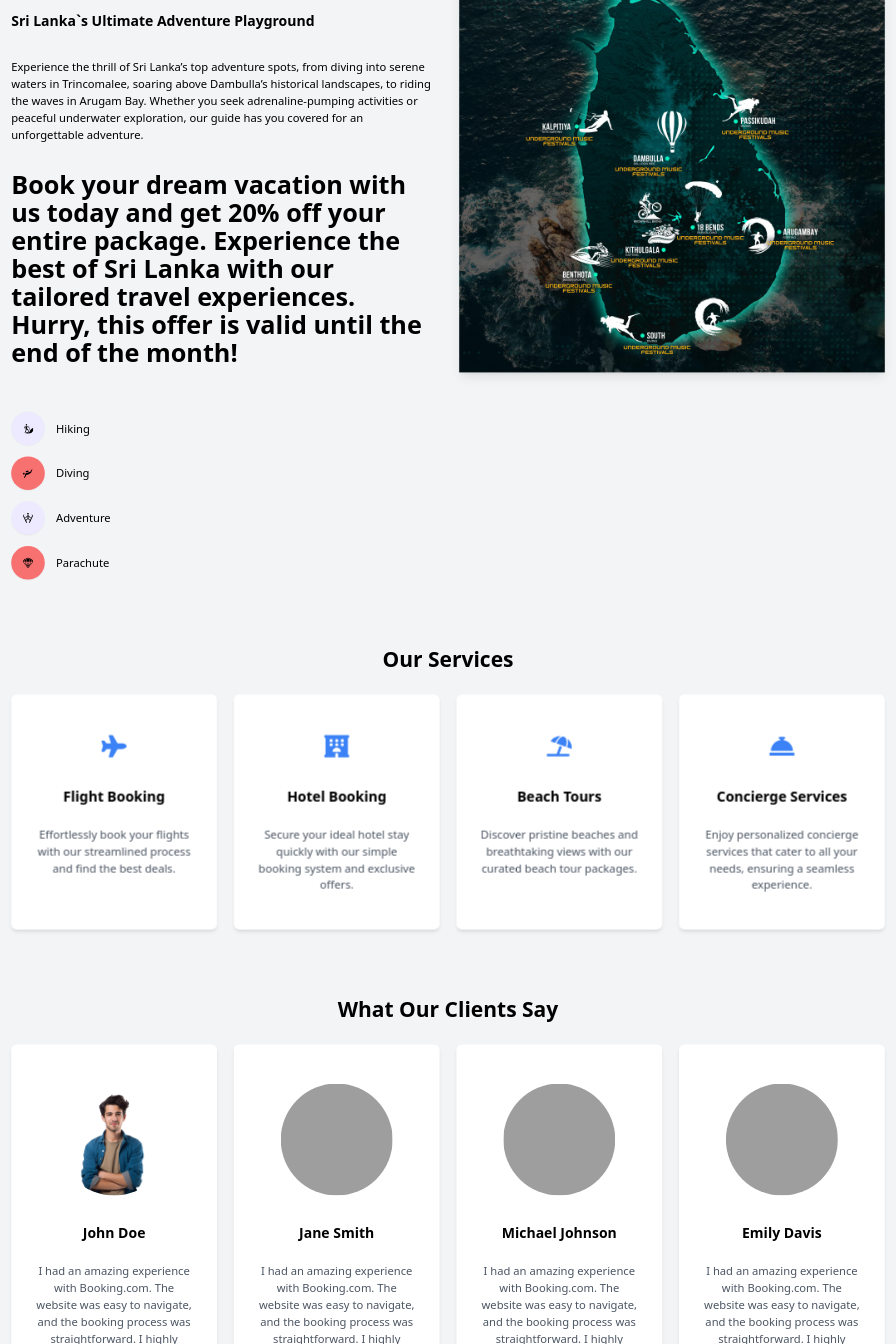
Repository: thisara199/Travel-Agency-Website
Page: /
An editor plug-in stored every save of this project. The page is shown before and after the next save, followed by the edit.
The browser window is 1280 px wide. The pictures show the part of the page from y = 1440 to 3360 px (the page is 3809 px tall before and 3689 px after), at 70% of full size.
Pictures or frames that could not be fetched are drawn as grey boxes. The project was rebuilt for these pictures with package versions that can differ from the ones it lists, and the page was loaded fresh each time. Also part of the build but not shown: vite.config.js, src/pages/About.jsx.

Above is the page before, as saved 2024-09-04 08:12:00.

### index.html
<!doctype html>
<html lang="en">
  <head>
    <meta charset="UTF-8" />
    <link rel="icon" type="image/svg+xml" href="/public/favicon-32x32.png" />
    <meta name="viewport" content="width=device-width, initial-scale=1.0" />
    <title>Travel Agency</title>
  </head>
  <body>
    <div id="root"></div>
    <script type="module" src="/src/main.jsx"></script>
  </body>
</html>

### src/App.jsx
import { BrowserRouter, Routes, Route } from 'react-router-dom'
import Home from './pages/Home'
import Navbar from './components/Navbar/Navbar'
import Footer from './components/Footer/Footer'
import About from './pages/About'

const App = () => {
  return (
    <BrowserRouter>
    <Navbar />
       <Routes>
        <Route path='/' element={<Home />} />
        <Route path='/about' element={<About />} />
       </Routes>
    <Footer />
    </BrowserRouter>
  )
}

export default App

### src/pages/Home.jsx
import HeroSection from "../components/HeroSection/HeroSection"
import FeaturedDestination from "../components/FeaturedDestination/FeaturedDestination"
import Services from "../components/Services/Services"
import Testimonials from "../components/Testimonials/Testimonials"
import Banner from "../components/Banner/Banner"

const Home = () => {
  return (
    <div>
      <HeroSection />
      <FeaturedDestination />
      <Banner />
      <Services />
      <Testimonials />
    </div>
  )
}

export default Home

### src/components/Navbar/Navbar.jsx
import { FaBars, FaTimes } from "react-icons/fa"
import { Link } from "react-router-dom"
import { useState } from "react"
import { BiSolidPlaneAlt } from "react-icons/bi";


const Navbar = () => {
  const [isOpen, setIsOpen] = useState(false)
  return (
    <nav className="fixed top-0 left-0 right-0 z-10 m-4 bg-white shadow-lg">
      <div className="container flex items-center justify-between h-16 px-4">
        <div className="flex items-center">
        <BiSolidPlaneAlt className="text-3xl"/>
        <h3 className="text-2xl font-bold">TravelCeylon.</h3>
        </div>
        <div className="items-center hidden space-x-4 text-sm font-bold md:flex ">
          <Link to="/" className="px-6 py-2 hover:bg-gray-600 hover:text-white">Home</Link>
          <Link to="/about" className="px-6 py-2 hover:bg-gray-600 hover:text-white">About</Link>
          <Link to="/gallery" className="px-6 py-2 hover:bg-gray-600 hover:text-white">Gallery</Link>
          <Link to="/contact" className="px-6 py-2 hover:bg-gray-600 hover:text-white">Contact</Link>
          <button className="px-6 py-2 text-white bg-gray-600 border rounded-full hover:scale-105 hover:bg-gray-500">Login</button>
        </div>
        <div className="md:hidden">
          <button onClick={() => setIsOpen(!isOpen)}>
            {isOpen ? <FaTimes /> : <FaBars />}
          </button>
        </div>
      </div>
      <div>
        {isOpen && (
           <div className="flex flex-col items-center pb-10 space-y-6 font-bold bg-white md:hidden">
           <Link to="/" className="px-6 py-2 hover:bg-gray-600 hover:text-white">Home</Link>
           <Link to="/about" className="px-6 py-2 hover:bg-gray-600 hover:text-white">About</Link>
           <Link to="/gallery" className="px-6 py-2 hover:bg-gray-600 hover:text-white">Gallery</Link>
           <Link to="/about" className="px-6 py-2 hover:bg-gray-600 hover:text-white">About</Link>
           <button className="px-6 py-2 text-white bg-gray-600 border rounded-full hover:scale-105 hover:bg-gray-500">Login</button>
         </div>
        )}
      </div>
    </nav>
  )
}

export default Navbar

### src/components/Footer/Footer.jsx
import { FaFacebook, FaInstagram, FaYoutube } from "react-icons/fa";
import { FaTwitter } from "react-icons/fa6";
import { Link } from "react-router-dom";

const Footer = () => {
  return (
    <div className="py-8 text-white bg-gray-800">
      <div className="container px-4 mx-auto">
        <div className="grid gap-8 sm:grid-cols-1 lg:grid-cols-3">
          <div>
            <h2 className="mb-4 text-2xl font-bold">Travel Agency</h2>
            <p className="mb-4">
              Your trusted partner for unforgettable travel experiences. Explore
              Ceylon with us.
            </p>
          </div>
          <div className="flex flex-col md:items-center">
            <h4 className="text-lg font-semibold">Quick Links</h4>
            <div className="flex flex-col mt-4 space-y-2">
              <Link to="/">Home</Link>
              <Link to="/about">About</Link>
              <Link to="/gallery">Gallery</Link>
              <Link to="/contact">Contact</Link> {/* Updated link */}
            </div>
          </div>
          <div>
            <h2 className="mb-4 text-xl font-bold">Follow Us</h2>
            <div className="flex mb-4 space-x-4">
              <FaFacebook className="text-white hover:text-gray-400" aria-label="Facebook" />
              <FaInstagram className="text-white hover:text-gray-400" aria-label="Instagram" />
              <FaTwitter className="text-white hover:text-gray-400" aria-label="Twitter" />
              <FaYoutube className="text-white hover:text-gray-400" aria-label="YouTube" />
            </div>
            <form action="" className="flex items-center mt-8">
              <input
                type="email"
                placeholder="Enter your Email"
                className="w-full p-2 bg-gray-800 border border-gray-600 rounded-l-lg"
              />
              <button
                type="submit"
                className="px-4 py-2 text-white bg-blue-600 rounded-r-lg hover:bg-blue-700"
              >
                Subscribe
              </button>
            </form>
          </div>
        </div>
        <div className="flex justify-between pt-4 mt-8 border-t border-gray-700">
          <p>Copyright &copy; 2024 Travel Agency. All rights reserved.</p>
          <div className="flex space-x-4">
            <Link to="/privacy" className="hover:text-gray-400">Privacy Policy</Link>
            <Link to="/terms" className="hover:text-gray-400">Terms and Conditions</Link>
          </div>
        </div>
      </div>
    </div>
  );
};

export default Footer;

### src/components/HeroSection/HeroSection.jsx
import Banner from "../../assets/HeroSection/Banner.png";
import AOS from 'aos';
import 'aos/dist/aos.css';
import { useEffect } from 'react';

const HeroSection = () => {
  useEffect(() => {
    AOS.init({
      duration: 1000, // duration of animations
    });
  }, []);


  return (
    <div className="relative h-screen bg-center bg-cover" style={{ backgroundImage: `url(${Banner})` }}>
      <div className="absolute inset-0 flex flex-col items-center justify-center bg-black bg-opacity-50">
        <h1 data-aos="fade-up" className="justify-between mb-4 text-4xl font-bold text-center text-white md:text-6xl lg:text-8xl">Explore the Ceylon with Us</h1>
        <p data-aos="fade-up" className="mb-10 text-lg text-white md:text-2xl xl:text-4xl">Discover amazing places at exclusive deals</p>
        <button  className="px-6 py-2 text-lg text-white transition duration-300 transform border rounded-full md:text-xl hover:bg-blue-500 hover:scale-105">Get Started</button>
      </div>
    </div>
  );
}

export default HeroSection;

### src/components/FeaturedDestination/FeaturedDestination.jsx
import Img1 from '../../assets/FeaturedDestination/Anuradhapura.jpg';
import Img2 from '../../assets/FeaturedDestination/Colombo.jpg';
import Img3 from '../../assets/FeaturedDestination/arugambay.jpg';
import Img4 from '../../assets/FeaturedDestination/Nuwaraeliya.jpeg';

const Destination = [
  {
    image: Img1,
    title: 'Anuradhapura',
    description: 'Ancient Wonders Await.',
    aosDelay: '200',
  },
  {
    image: Img2,
    title: 'Colombo',
    description: 'The Heartbeat of Sri Lanka.',
    aosDelay: '400',
  },
  {
    image: Img3,
    title: 'Arugam bay',
    description: 'Where Surf Meets Bliss.',
    aosDelay: '600',
  },
  {
    image: Img4,
    title: 'Nuwaraeliya',
    description: 'Nature’s Retreat.',
    aosDelay: '800',
  },
];

const FeaturedDestination = () => {
  return (
    <div className='py-12 bg-gray-100'>
      <div className='container px-4 mx-auto'>
        <h2 data-aos="fade-up" className='mb-8 text-3xl font-bold text-center'>Featured Destination</h2>
        <div className='grid gap-8 sm:grid-cols-2 lg:grid-cols-3 xl:grid-cols-4'>
          {Destination.map((destination) => (
            <div
              key={destination.title}
              data-aos="fade-up"
              data-aos-delay={destination.aosDelay}
              className='overflow-hidden bg-white rounded-lg shadow-md cursor-pointer'
            >
              <img
                src={destination.image}
                alt={destination.title}
                className='object-cover w-full h-48 transition duration-300 transform hover:scale-110'
              />
              <div className='p-4'>
                <h3 className='mb-2 text-xl font-bold'>{destination.title}</h3>
                <p className='text-gray-600'>{destination.description}</p>
              </div>
            </div>
          ))}
        </div>
      </div>
    </div>
  );
};

export default FeaturedDestination;

### src/components/Services/Services.jsx
import { FaConciergeBell, FaHotel, FaPlane, FaUmbrellaBeach } from 'react-icons/fa';

const services = [
  {
    icon: <FaPlane className='text-4xl text-blue-500' />,
    title: 'Flight Booking',
    description: 'Effortlessly book your flights with our streamlined process and find the best deals.',
  },
  {
    icon: <FaHotel className='text-4xl text-blue-500' />,
    title: 'Hotel Booking',
    description: 'Secure your ideal hotel stay quickly with our simple booking system and exclusive offers.',
  },
  {
    icon: <FaUmbrellaBeach className='text-4xl text-blue-500' />,
    title: 'Beach Tours',
    description: 'Discover pristine beaches and breathtaking views with our curated beach tour packages.',
  },
  {
    icon: <FaConciergeBell className='text-4xl text-blue-500' />,
    title: 'Concierge Services',
    description: 'Enjoy personalized concierge services that cater to all your needs, ensuring a seamless experience.',
  },
];

const Services = () => {
  return (
    <div className='py-12 bg-gray-100'>
      <div className='container px-4 mx-auto'>
        <h2 className='mb-8 text-3xl font-bold text-center'>Our Services</h2>
        <div data-aos="flip-left" className='grid gap-6 sm:grid-cols-2 lg:grid-cols-3 xl:grid-cols-4 '>
          {services.map((service) => (
            <div  key={service.title} className='flex flex-col items-center p-8 transition duration-300 transform bg-white rounded-lg shadow-md cursor-pointer hover:scale-110'>
              <div className='flex justify-center py-6 mb-4'>
                {service.icon}
              </div>
              <h3 className='mb-2 text-xl font-bold text-center'>{service.title}</h3>
              <p className='py-5 text-center text-gray-600'>{service.description}</p>
            </div>
          ))}
        </div>
      </div>
    </div>
  );
};

export default Services;

### src/components/Testimonials/Testimonials.jsx
import Img1 from '../../assets/Testimonials/Image1.png';
import Img2 from '../../assets/Testimonials/Image3.png';
import Img3 from '../../assets/Testimonials/Image4.png';
import Img4 from '../../assets/Testimonials/Image6.png';

const Clients = [
  {
    name: 'John Doe',
    image: Img1,
    text: 'I had an amazing experience with Booking.com. The website was easy to navigate, and the booking process was straightforward. I highly recommend it!',
    location: 'New York, USA',
    aosDelay: '400',
  },
  {
    name: 'Jane Smith',
    image: Img2,
    text: 'I had an amazing experience with Booking.com. The website was easy to navigate, and the booking process was straightforward. I highly recommend it!',
    location: 'London, UK',
    aosDelay: '600',
  },
  {
    name: 'Michael Johnson',
    image: Img3,
    text: 'I had an amazing experience with Booking.com. The website was easy to navigate, and the booking process was straightforward. I highly recommend it!',
    location: 'Sydney, Australia',
    aosDelay: '800',
  },
  {
    name: 'Emily Davis',
    image: Img4,
    text: 'I had an amazing experience with Booking.com. The website was easy to navigate, and the booking process was straightforward. I highly recommend it!',
    location: 'Paris, France',
    aosDelay: '1000',
  },
];

const Testimonials = () => {
  return (
    <div className='py-12 bg-gray-100'>
      <div className='container px-4 mx-auto'>
        <h2 data-aos="fade-up" className='mb-8 text-3xl font-bold text-center'>What Our Clients Say</h2>
        <div className='grid gap-6 sm:grid-cols-1 md:grid-cols-2 lg:grid-cols-4'>
          {Clients.map((client) => (
            <div
              key={client.name}
              data-aos="fade-left"
              data-aos-delay={client.aosDelay}
              className='flex flex-col items-center p-8 transition duration-300 transform bg-white rounded-lg shadow-md cursor-pointer hover:scale-110'
            >
              <div className='flex justify-center py-6 mb-4'>
                <img src={client.image} alt={client.name} className='w-40 h-40 rounded-full' />
              </div>
              <h3 className='mb-2 text-xl font-bold text-center'>{client.name}</h3>
              <p className='py-5 text-center text-gray-600'>{client.text}</p>
              <p className='text-sm text-gray-400'>{client.location}</p>
            </div>
          ))}
        </div>
      </div>
    </div>
  );
};

export default Testimonials;

### src/components/Banner/Banner.jsx
import Banner from '../../assets/Banner/Banner.jpg';
import { GiHiking } from "react-icons/gi";
import { MdOutlineScubaDiving } from "react-icons/md";
import { TbSkiJumping } from "react-icons/tb";
import { GiParachute } from "react-icons/gi";
const Banner1 = () => {
  return (
    <div className="py-12 bg-gray-100">
      <div className="container px-4 mx-auto">
        <h2 data-aos="fade-up" className='mb-8 text-3xl font-bold text-center'>Favorite Location</h2>
        <div className="grid gap-8 sm:grid-cols-1 md:grid-cols-2">
          <div className='mt-0 lg:mt-24'>
           <h1 data-aos="fade-up" className='text-3xl font-bold '>Find your favorite location</h1>
           <h2 data-aos="fade-up" className='mt-0 text-xl font-semibold lg:mt-10'>Sri Lanka`s Ultimate Adventure Playground</h2>
           <p data-aos="fade-up" className='mt-0 lg:mt-10'>Experience the thrill of Sri Lanka’s top adventure spots, from diving into serene waters in Trincomalee, soaring above Dambulla’s historical landscapes, to riding the waves in Arugam Bay. Whether you seek adrenaline-pumping activities or peaceful underwater exploration, our guide has you covered for an unforgettable adventure.</p>
           <div className='flex flex-col justify-center gap-6 mt-0 sm:pt-0 lg:mt-10'>
            <p data-aos="fade-up" className='mb-0 text-2xl font-semibold sm:text-4xl lg:mb-10'>Book your dream vacation with us today and get 20% off your entire package. Experience the best of Sri Lanka with our tailored travel experiences. Hurry, this offer is valid until the end of the month!</p>
            <div className='flex flex-col gap-4'>
              <div data-aos="fade-up" className='flex items-center gap-4'>
                <GiHiking className='w-12 h-12 p-4 text-4xl rounded-full shadow-sm bg-violet-100 text-primary dark:bg-violet-400' />
                <p>Hiking</p>
              </div>
              <div data-aos="fade-up" className='flex items-center gap-4'>
                <MdOutlineScubaDiving className='w-12 h-12 p-4 text-4xl bg-red-400 rounded-full shadow-sm text-primary dark:bg-red-500' />
                <p>Diving</p>
              </div>
              <div data-aos="fade-up" className='flex items-center gap-4'>
                <TbSkiJumping className='w-12 h-12 p-4 text-4xl rounded-full shadow-sm bg-violet-100 text-primary dark:bg-violet-400' />
                <p>Adventure</p>
              </div>
              <div data-aos="fade-up" className='flex items-center gap-4'>
                <GiParachute className='w-12 h-12 p-4 text-4xl bg-red-400 rounded-full shadow-sm text-primary dark:bg-red-500' />
                <p>Parachute</p>
              </div>
            </div>
          </div>
          </div>
          <div className='mt-0 lg:mt-20'>
            <img src={Banner} alt="Favorite location banner" className="w-full h-auto shadow-lg" />
          </div>
        </div>
      </div>
    </div>
  );
};

export default Banner1;

Loaded but not shown: src/main.jsx (common file); src/index.css (common file); tailwind.config.js (common file)

After the next save:
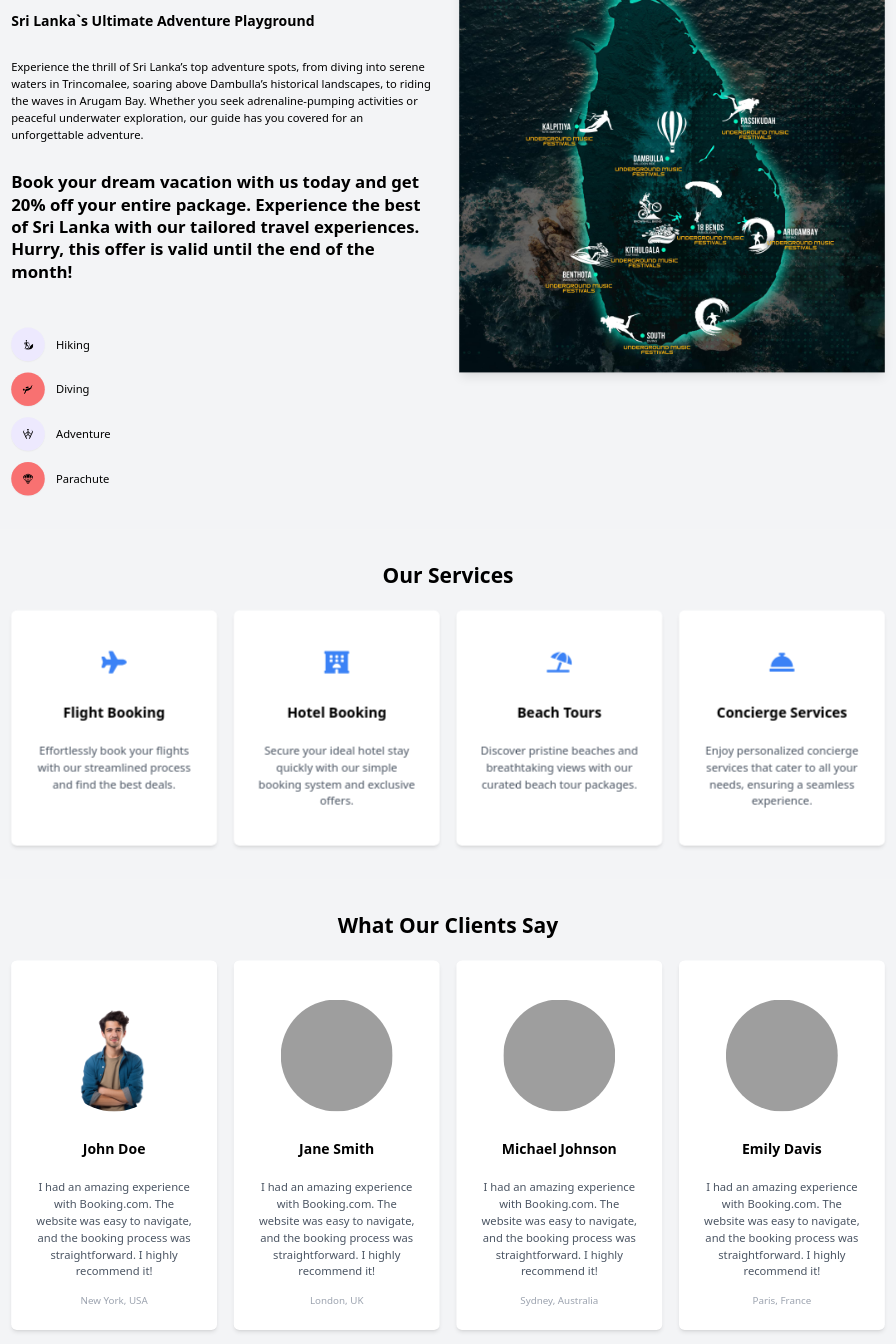
Saved 12 s later.
--- a/src/components/Banner/Banner.jsx
+++ b/src/components/Banner/Banner.jsx
@@ -14,7 +14,7 @@ const Banner1 = () => {
            <h2 data-aos="fade-up" className='mt-0 text-xl font-semibold lg:mt-10'>Sri Lanka`s Ultimate Adventure Playground</h2>
            <p data-aos="fade-up" className='mt-0 lg:mt-10'>Experience the thrill of Sri Lanka’s top adventure spots, from diving into serene waters in Trincomalee, soaring above Dambulla’s historical landscapes, to riding the waves in Arugam Bay. Whether you seek adrenaline-pumping activities or peaceful underwater exploration, our guide has you covered for an unforgettable adventure.</p>
            <div className='flex flex-col justify-center gap-6 mt-0 sm:pt-0 lg:mt-10'>
-            <p data-aos="fade-up" className='mb-0 text-2xl font-semibold sm:text-4xl lg:mb-10'>Book your dream vacation with us today and get 20% off your entire package. Experience the best of Sri Lanka with our tailored travel experiences. Hurry, this offer is valid until the end of the month!</p>
+            <p data-aos="fade-up" className='mb-0 text-xl font-semibold sm:text-2xl lg:mb-10'>Book your dream vacation with us today and get 20% off your entire package. Experience the best of Sri Lanka with our tailored travel experiences. Hurry, this offer is valid until the end of the month!</p>
             <div className='flex flex-col gap-4'>
               <div data-aos="fade-up" className='flex items-center gap-4'>
                 <GiHiking className='w-12 h-12 p-4 text-4xl rounded-full shadow-sm bg-violet-100 text-primary dark:bg-violet-400' />
